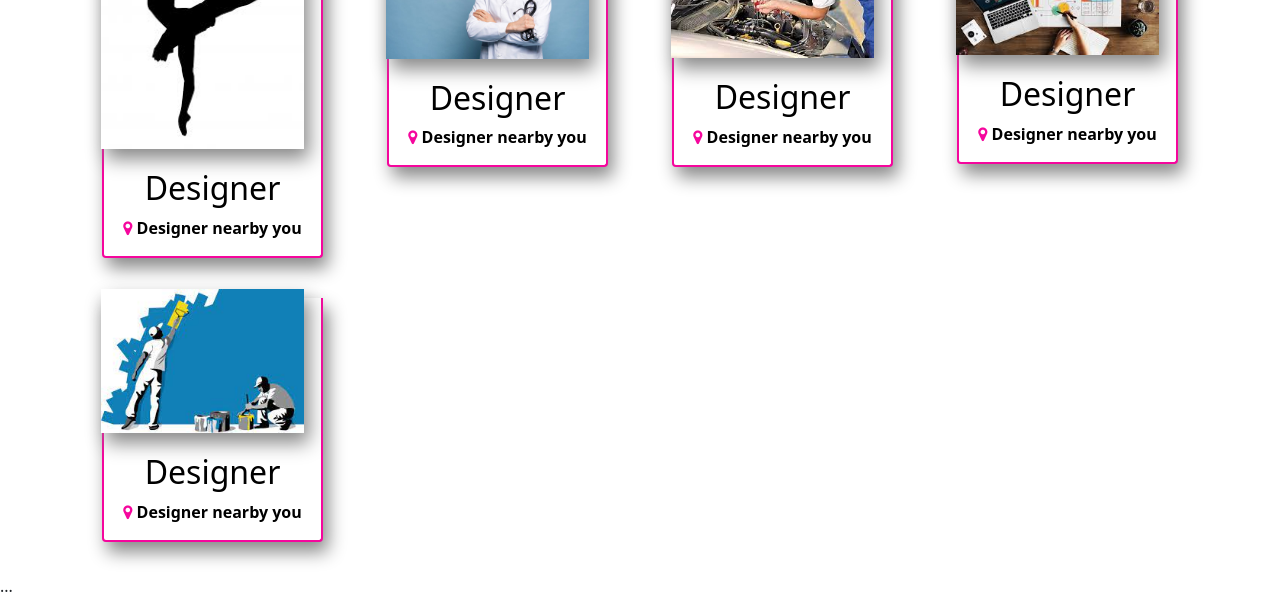
Repository: prathmesh2023/maylancers
Page: http://localhost/
The author's editor kept a copy of each file at every save. The page is drawn from the files as they stood at one save, then again after the next save.
The browser window is 1280 px wide. The pictures show the part of the page from y = 515 to 1135 px (the page is 1113 px tall before and 1135 px after).
Some web fonts or font styles are not loaded; a fallback is used. Some web libraries are served in a nearby version. The page is served by the project's application, run on Django 3.2 (manage.py). The page reads the database file committed with the project.

Above is the page before, as saved 2022-01-24 02:02:12.

After the next save:
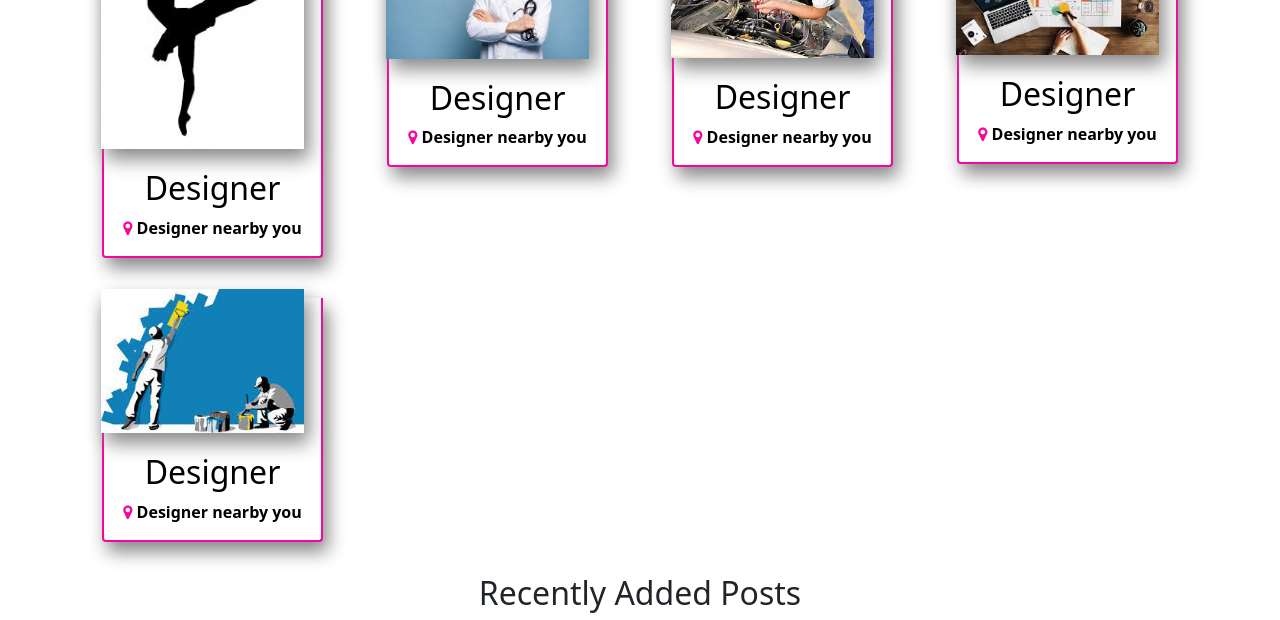
Saved 93 s later.
--- a/templates/home.html
+++ b/templates/home.html
@@ -130,7 +130,11 @@
     </div>
 </div>
 
-<br> ...
+<br>
+
+<div class="container text-center">
+    <h2>Recently Added Posts</h2>
+</div>
 <style>
     .card {}
 </style>
